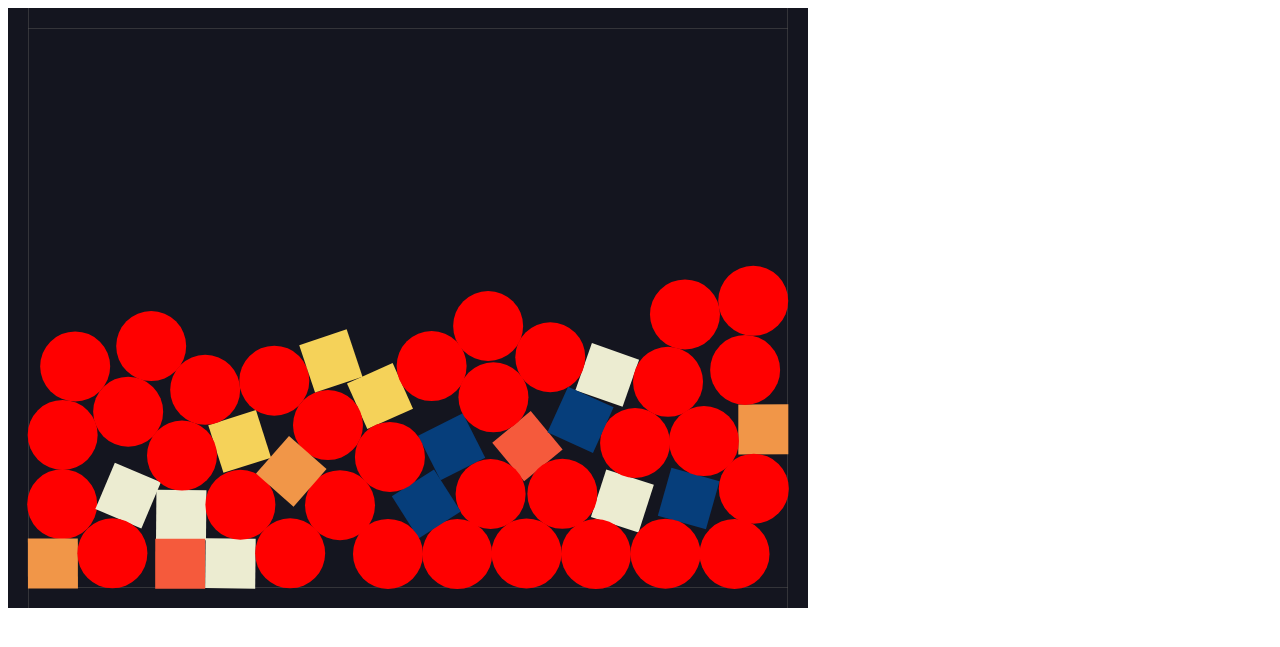
Repository: zhapar/JS-Bootcamp
Page: 3. Maze/index.html
An editor plug-in stored every save of this project. The page is shown before and after the next save, followed by the edit.
The browser window is 1280 px wide. The pictures show the whole page.
Some web libraries are served in a nearby version.

Above is the page before, as saved 2020-07-12 18:51:58.

After the next save:
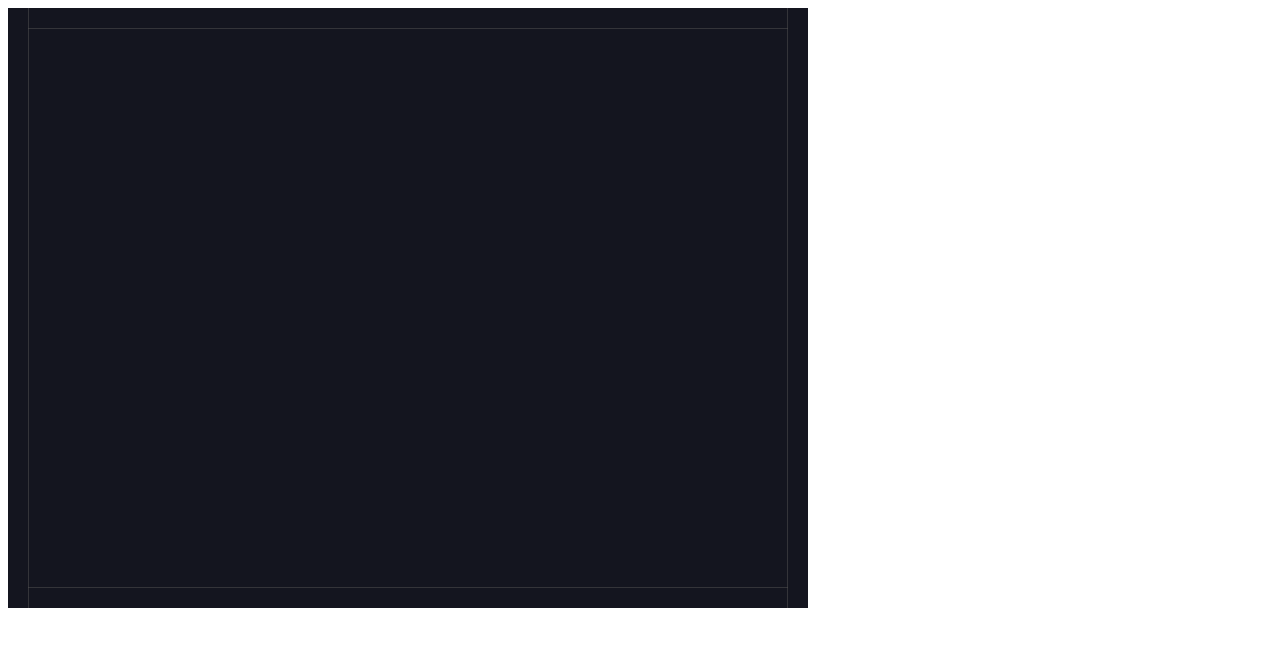
Saved 22 h 54 min later.
--- a/3. Maze/app.js
+++ b/3. Maze/app.js
@@ -4,8 +4,8 @@ const {
   Runner,
   World,
   Bodies,
-  Mouse,
-  MouseConstraint,
+  // Mouse, *For  mouse*
+  // MouseConstraint,
 } = Matter;
 
 const width = 800;
@@ -26,12 +26,13 @@ const render = Render.create({
 Render.run(render);
 Runner.run(Runner.create(), engine);
 
-World.add(
-  world,
-  MouseConstraint.create(engine, {
-    mouse: Mouse.create(render.canvas),
-  })
-);
+//  ** To move shapes with mouse **
+// World.add(
+//   world,
+//   MouseConstraint.create(engine, {
+//     mouse: Mouse.create(render.canvas),
+//   })
+// );
 
 // Walls
 const walls = [
@@ -42,21 +43,21 @@ const walls = [
 ];
 World.add(world, walls);
 
-// Random Shapes
-for (let i = 0; i < 50; i++) {
-  if (Math.random() > 0.5) {
-    World.add(
-      world,
-      Bodies.rectangle(Math.random() * width, Math.random() * height, 50, 50)
-    );
-  } else {
-    World.add(
-      world,
-      Bodies.circle(Math.random() * width, Math.random() * height, 35, {
-        render: {
-          fillStyle: "red",
-        },
-      })
-    );
-  }
-}
+// To create a random shapes
+// for (let i = 0; i < 50; i++) {
+//   if (Math.random() > 0.5) {
+//     World.add(
+//       world,
+//       Bodies.rectangle(Math.random() * width, Math.random() * height, 50, 50)
+//     );
+//   } else {
+//     World.add(
+//       world,
+//       Bodies.circle(Math.random() * width, Math.random() * height, 35, {
+//         render: {
+//           fillStyle: "red",
+//         },
+//       })
+//     );
+//   }
+// }
